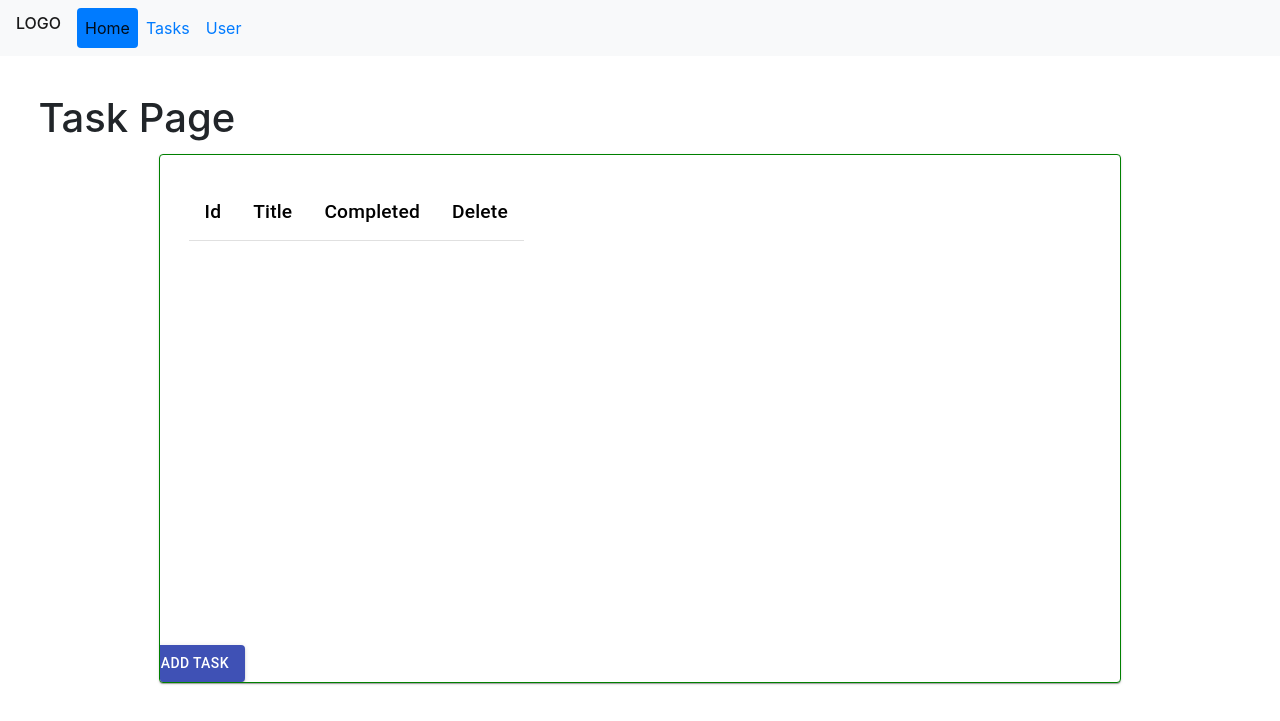
Repository: lalji-yadav/Nimapinfotech-demo-project
Page: /tasks
An editor plug-in stored every save of this project. The page is shown before and after the next save, followed by the edit.
The browser window is 1280 px wide. The pictures show the whole page.
The page's requests for data from a server got no answer. The project was rebuilt for these pictures with package versions that can differ from the ones it lists, and the page was loaded fresh each time. No one was signed in, and anything a server would have sent is missing. Also part of the build but not shown: src/components/Home.js, src/components/Users.js, src/components/Login.js.

Above is the page before, as saved 2021-01-17 18:56:28.

After the next save:
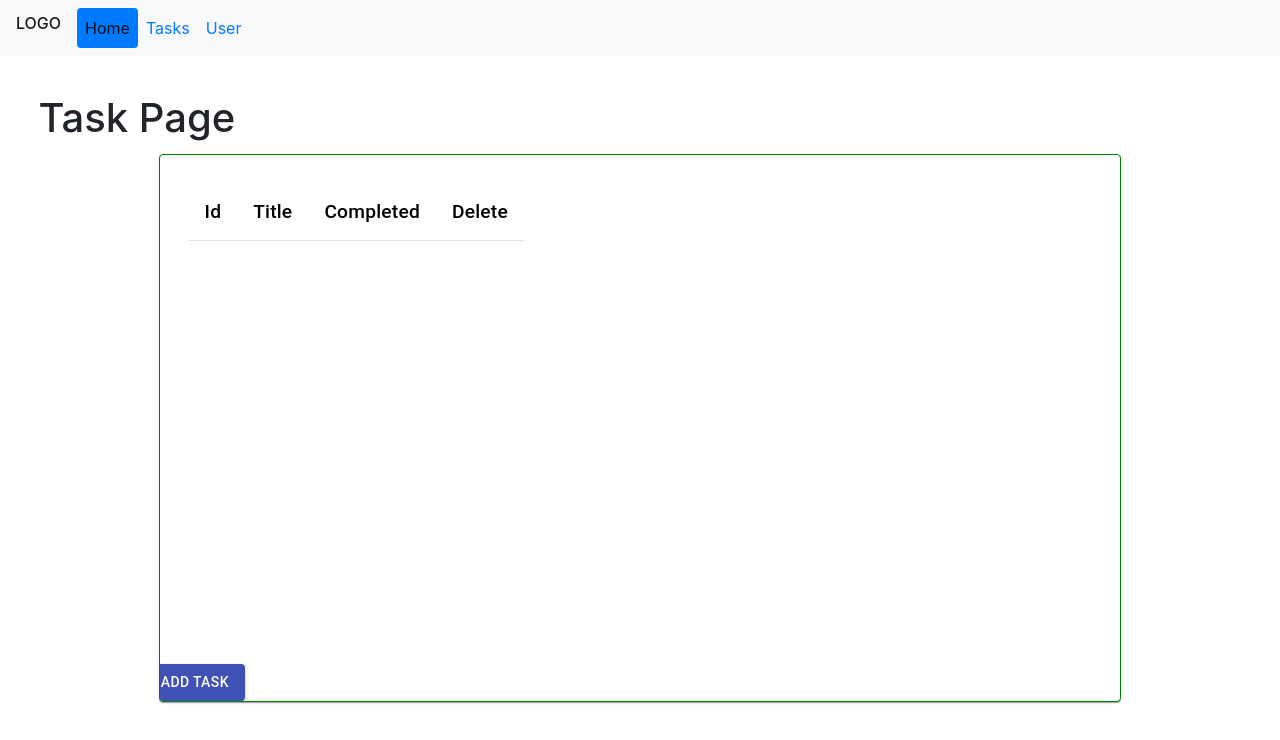
Saved 58 s later.
--- a/src/App.css
+++ b/src/App.css
@@ -1,6 +1,6 @@
 .scroll-tab {
     height: 60vh;
-    margin: 3%;
+    margin: 3% 3% 5% 3%;
     overflow-y: scroll;
     border: "1px solid red";
 }
